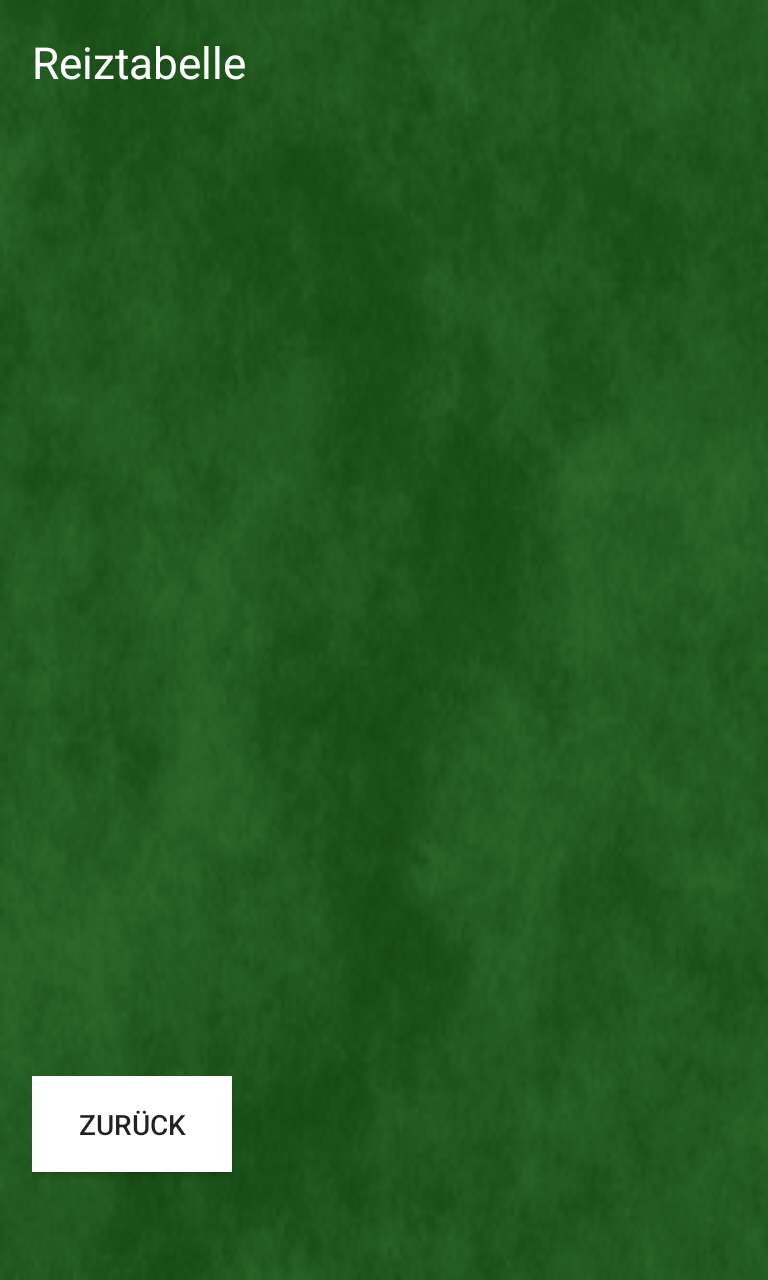
Repository: razinanu/InSy-Skat
Layout: InSy-Skat/res/layout/fragment_result.xml
These files come from the project's save history. The layout is drawn as it stood at one moment and after the next save; the edit follows.
It is drawn on a 768 x 1280 px phone screen (xhdpi) without system bars, with theme AppThemeWithoutActionBarTitle; the app's code is not run.

Above is the layout before, as saved 2014-06-22 13:15:25.

After the next save:
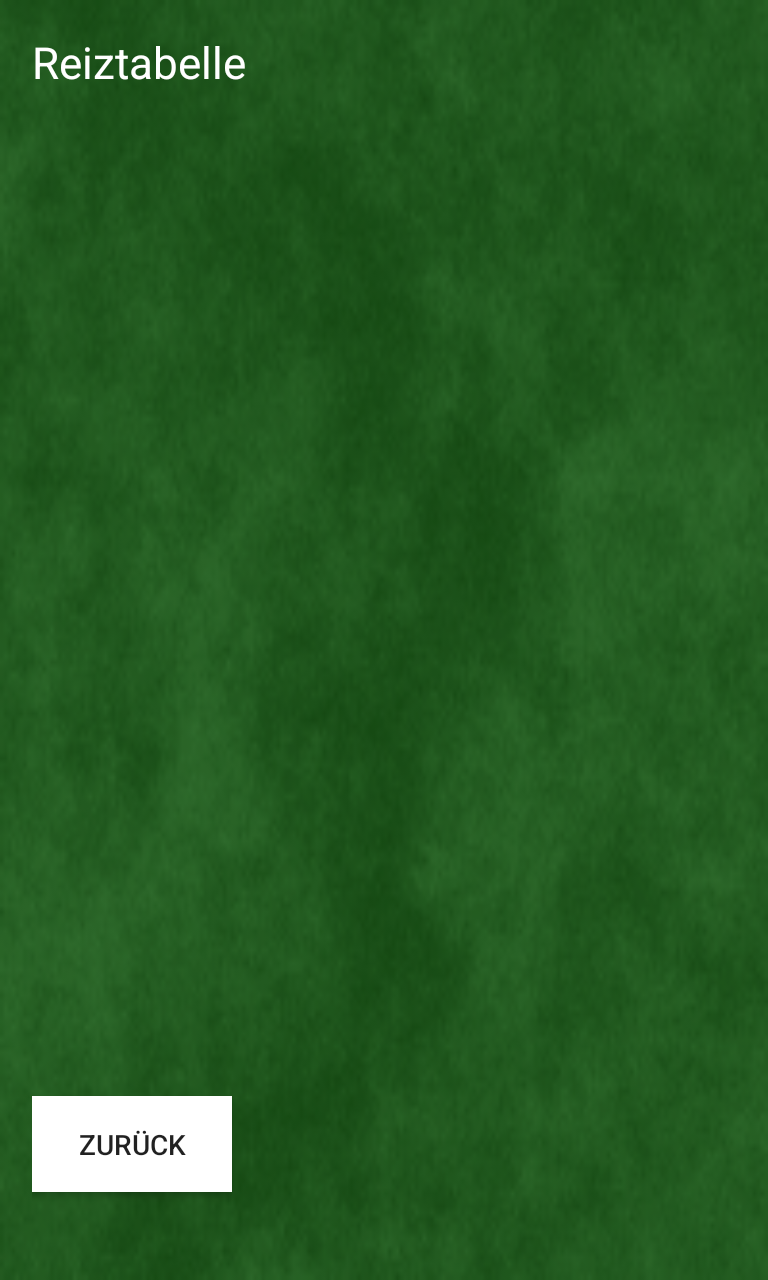
Saved 115 s later.
--- a/InSy-Skat/res/layout/fragment_result.xml
+++ b/InSy-Skat/res/layout/fragment_result.xml
@@ -23,7 +23,7 @@
     android:layout_below="@+id/reizTabelleText"
     android:layout_centerHorizontal="true"
     android:layout_marginTop="16dp"
-   android:layout_marginBottom="110dp" >
+   android:layout_marginBottom="100dp" >
 
     <LinearLayout
         android:id="@+id/linearLayout"
@@ -39,7 +39,7 @@
     android:layout_height="wrap_content"
     android:layout_alignLeft="@+id/scrollView1"
     android:layout_alignParentBottom="true"
-    android:layout_marginBottom="38dp"
+    android:layout_marginBottom="28dp"
     android:background="#ffffff"
     android:onClick="backToPrevActivity"
     android:text="@string/zurueck"
